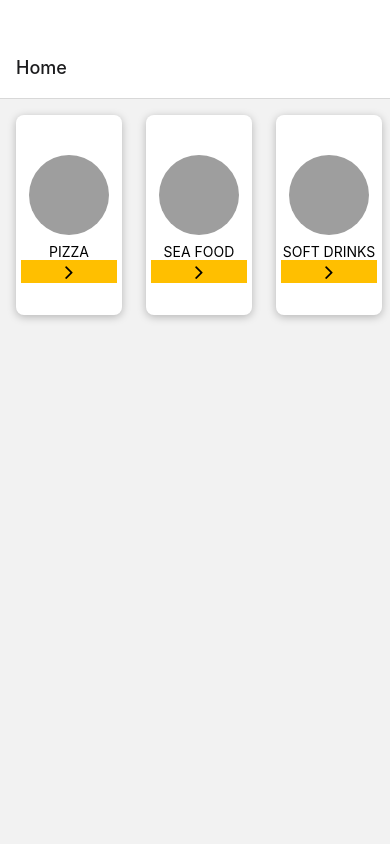
Repository: Esraa22M/ReactNative
Screen: /
An editor plug-in stored every save of this project. The screen is shown before and after the next save, followed by the edit.
Pictures or frames that could not be fetched are drawn as grey boxes. The app was drawn by React Native's web renderer in a window 390 px wide. The project was rebuilt for these pictures with package versions that can differ from the ones it lists, and the page was loaded fresh each time. Also part of the build but not shown: src/components/header/header.component.js, src/colors/front-screen-colors/user-auth-colors.js, src/components/header/header.styles.js, src/components/textInput/textInput.styles.js, src/components/textInput/textInput.components.jsx, src/components/singup-form-body/singup-form-body.components.js, src/screens/front-screen/Singup/singup-screen.screens.jsx, src/authentication/api/login-info.js and 2 more.

Above is the screen before, as saved 2023-09-21 02:14:23.

After the next save:
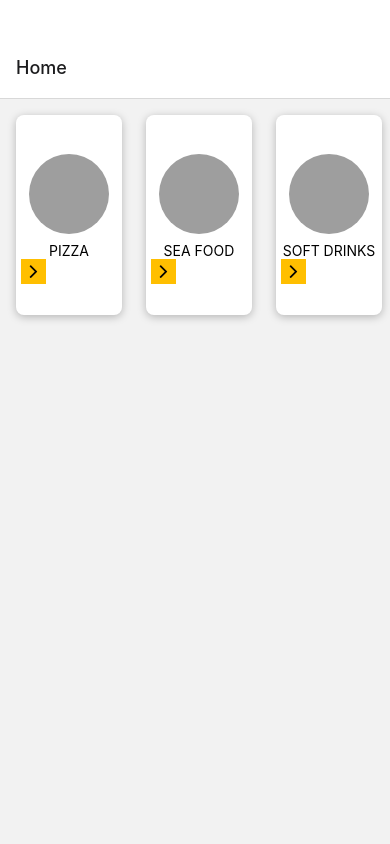
Saved 23 s later.
--- a/src/components/categories/category-item.components.js
+++ b/src/components/categories/category-item.components.js
@@ -45,5 +45,7 @@ const styles = StyleSheet.create({
   angleRight: {
     backgroundColor: HomeColors.ACTIVE_COLOR,
     alignItems: "center",
+    width: 25,
+    height: 25,
   },
 });
